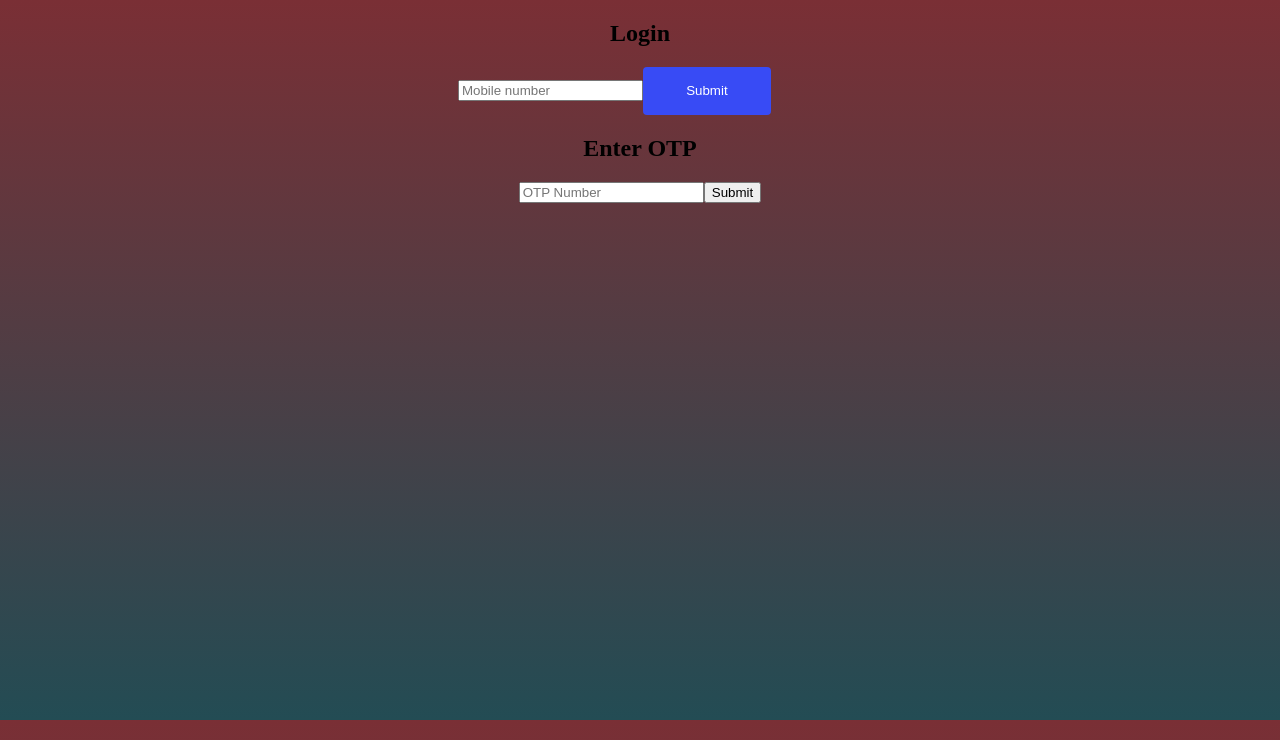
Repository: jagan607/N-Kalari
Page: /
The author's editor kept a copy of each file at every save. The page is drawn from the files as they stood at one save, then again after the next save.
The browser window is 1280 px wide. The pictures show the whole page.
The project was rebuilt for these pictures with package versions that can differ from the ones it lists, and the page was loaded fresh each time. Also part of the build but not shown: src/App.css, src/services/user.service.js, src/actions/user.action.js, src/components/wallet/Wallet.js. Imported but missing from the stored project, and not drawn on this page: src/constants/user.constants, src/reducers/rootReducer.

Above is the page before, as saved 2022-01-08 16:24:00.

### src/index.css
body,
html,
.App,
#root,
.main {
  width: 100%;
  height:100%;
  scroll-behavior: smooth;

}
body{
    margin: 0;
    padding: 0;
    text-align: center;
    background-image: linear-gradient(#7A2F35, #234C54);
  }

### src/App.js
import logo from './logo.svg';
import './App.css';
import React, { Component } from "react"
import Login from './components/Login/Login'
import {Wallet} from './components/wallet/Wallet'
import {history} from './helpers/history'
import {Router, Route, Routes } from "react-router-dom";


class App extends Component {
  constructor(props) {
    super(props);
  }

  render() {
    return(
      <div>
        <Login></Login>

        {/* <Wallet></Wallet> */}

          {/* <Route exact path="/">
          </Route> */}
          {/* <Route exact path="/wallet">
            <Wallet/>
          </Route> */}
     </div>
    );
}
}

export default App;

### src/helpers/store.js
import { createStore, applyMiddleware, compose } from "redux";
import thunkMiddleware from "redux-thunk";
import { createLogger } from "redux-logger";
import rootReducer from "./../reducers/rootReducer";


const composeEnhancers = window.__REDUX_DEVTOOLS_EXTENSION_COMPOSE__ || compose;

const loggerMiddleware = createLogger();

export const store = createStore(
  rootReducer,
  composeEnhancers(applyMiddleware(thunkMiddleware, loggerMiddleware))
);

### src/components/Login/Login.js
import { render } from "@testing-library/react";
import React, { Component } from "react"
import {Wallet} from "../wallet/Wallet";
import firebase from './../../helpers/firebase'
import {history} from './../../helpers/history'
import styles from './index.css';

class Login extends Component{
    constructor(props){
        super(props);

    }


handleChange = (e) =>{
    const {name, value } = e.target
    this.setState({
        [name]: value
      })
  }
  configureCaptcha = () =>{
    window.recaptchaVerifier = new firebase.auth.RecaptchaVerifier('sign-in-button', {
      'size': 'invisible',
      'callback': (response) => {

        this.onSignInSubmit();
        console.log("Recaptca varified")
      },
      defaultCountry: "IN"
    });
  }
  onSignInSubmit = (e) => {
    e.preventDefault()
    this.configureCaptcha()
    const phoneNumber = "+91" + this.state.mobile
    console.log(phoneNumber)
    const appVerifier = window.recaptchaVerifier;
    firebase.auth().signInWithPhoneNumber(phoneNumber, appVerifier)
        .then((confirmationResult) => {

          window.confirmationResult = confirmationResult;
          console.log("OTP has been sent")

        }).catch((error) => {

          console.log("SMS not sent")
        });
  }
  onSubmitOTP = (e) =>{
    e.preventDefault()
    const code = this.state.otp
    console.log(code)
    window.confirmationResult.confirm(code).then((result) => {
      // User signed in successfully.
      const user = result.user;
      console.log(JSON.stringify(user))
      return <Wallet></Wallet>

    }).catch((error) => {

    });
  }

render(){
    return(
        <div>
        <h2 className="Login-heading">Login</h2>
        <form onSubmit={this.onSignInSubmit}>
          <div id="sign-in-button" ></div>
          <input type="number" name="mobile" placeholder="Mobile number" required onChange={this.handleChange}/>
          <button type="submit" className="btn-signin">Submit</button>
        </form>

        <h2>Enter OTP</h2>
        <form onSubmit={this.onSubmitOTP}>
          <input type="number" name="otp" placeholder="OTP Number" required onChange={this.handleChange}/>
          <button type="submit">Submit</button>
        </form>
      </div>
    );
}

}

export default Login;

### src/helpers/firebase.js
import firebase from 'firebase/compat/app';
import 'firebase/compat/auth';

var firebaseConfig = {
    apiKey: "AIzaSyDZjLb_085wvPOTY7agukIuBDpo2tSR5GM",
    authDomain: "nkalari-8f0ee.firebaseapp.com",
    projectId: "nkalari-8f0ee",
    storageBucket: "nkalari-8f0ee.appspot.com",
    messagingSenderId: "627102137961",
    appId: "1:627102137961:web:5232a754646159907d6cf8",
    measurementId: "G-GL01VM6V4Y"
  };

firebase.initializeApp(firebaseConfig);

export default firebase;

### src/components/Login/index.css

.btn-signin{
    margin-right: 4%;
    width: 8rem;
    height: 3rem;
    background: #384BF5;
    border-radius: 4px;
    color: white;
    border: none;
    max-width: 100%;

}

### src/components/wallet/index.css
.left{
    width: 50%;
    height: 100%;
    margin-top: 10%;

}

.heading{
    color: white;
    text-align: left;
    margin-left: 10%;
    margin-top: 3%;
}

.balance-heading{
    color :white;
    text-align: left;
    margin-left: 50%;
    margin-top: 10%;
}

.balance-value{
    color :white;
    text-align: left;
    margin-left: 50%;
    margin-top: 2%;
}

.buttons{
    width: 100%;
    float: left;
    margin-left: 10%;
    margin-top: 3%;
}

.withdraw{
    margin-right: 4%;
    width: 8rem;
    height: 3rem;
    background: #384BF5;
    border-radius: 4px;
    color: white;
    border: none;
    max-width: 100%;

}

.recharge{
    width: 8rem;
    height: 3rem;
    background-image: url("data:[embedded picture, 1436 characters]");
    color: white;
    border: none;
    border-radius: 6px;
    max-width: 100%;
}

.right{
    position:relative;
    top: 0px;
    bottom: 5%;

}

Loaded but not shown: public/index.html (common file); src/index.js (common file); src/reportWebVitals.js (common file); src/helpers/history.js (common file)

After the next save:
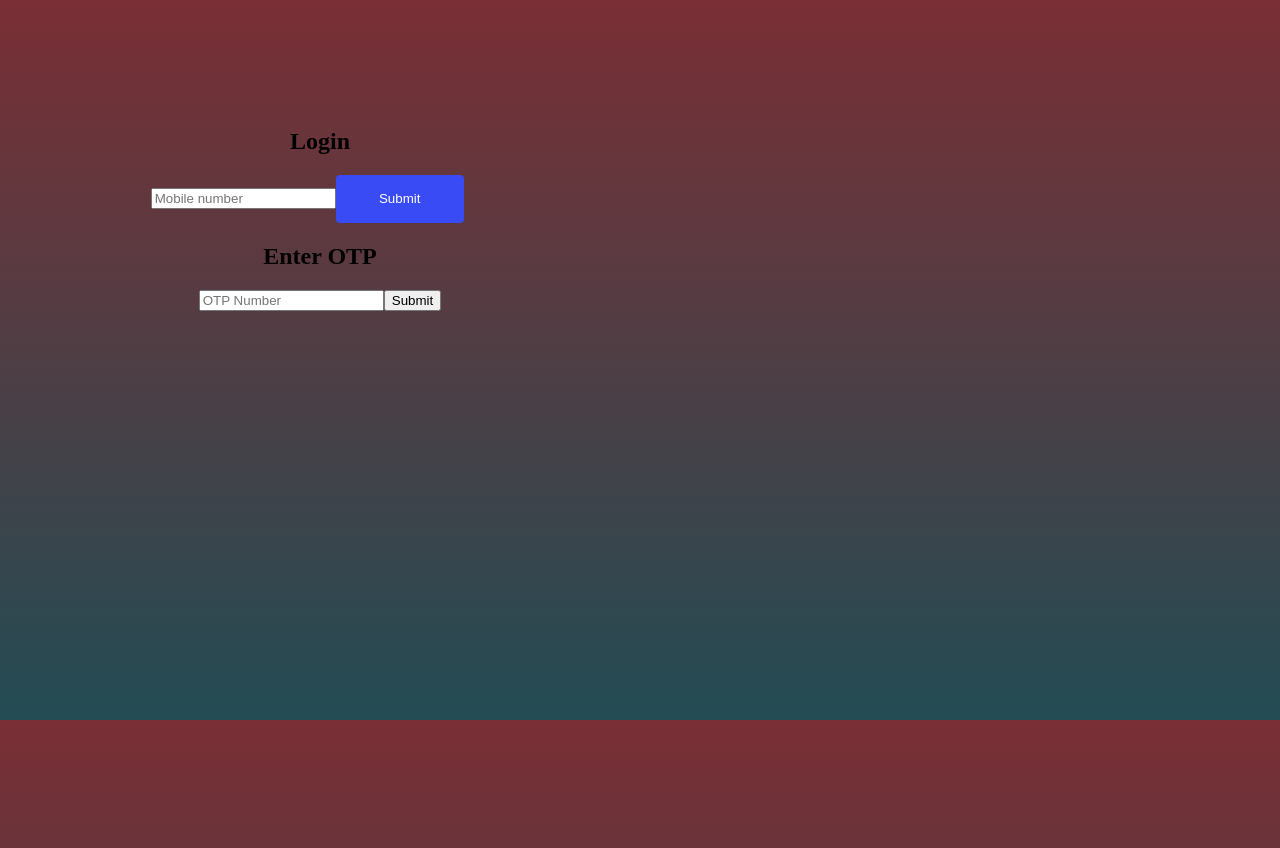
Saved 38 s later.
--- a/src/components/Login/Login.js
+++ b/src/components/Login/Login.js
@@ -63,7 +63,7 @@ handleChange = (e) =>{
 
 render(){
     return(
-        <div>
+        <div className="left">
         <h2 className="Login-heading">Login</h2>
         <form onSubmit={this.onSignInSubmit}>
           <div id="sign-in-button" ></div>
